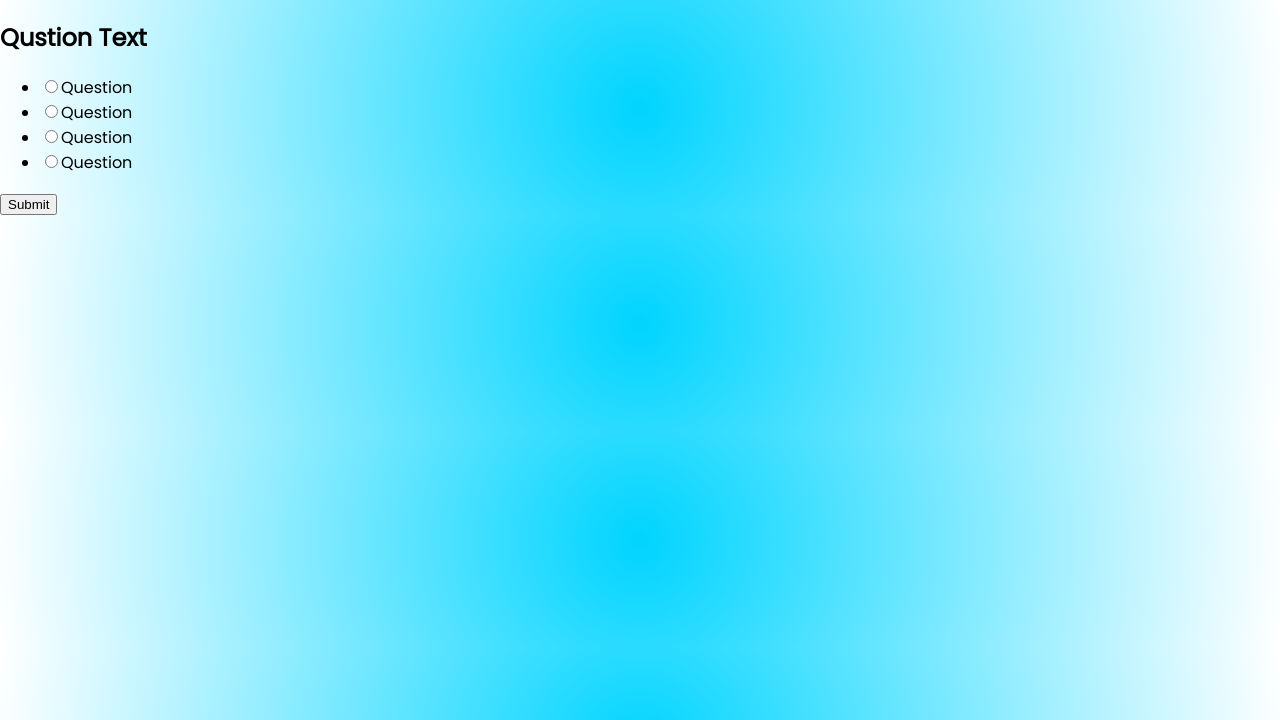
Repository: Abhi2359/Intermediate-projects
Page: Quiz App/index.html
The author's editor kept a copy of each file at every save. The page is drawn from the files as they stood at one save, then again after the next save.
The browser window is 1280 px wide. The pictures show the whole page.

Above is the page before, as saved 2023-01-31 13:52:16.

### Quiz App/index.html
<!DOCTYPE html>
<html lang="en">
  <head>
    <meta charset="UTF-8" />
    <meta http-equiv="X-UA-Compatible" content="IE=edge" />
    <meta name="viewport" content="width=device-width, initial-scale=1.0" />
    <title>Quiz App</title>
    <link rel="stylesheet" href="style.css">
  </head>
  <body>
    <div class="quiz-container">
      <h2>Qustion Text</h2>
      <ul>
        <li>
          <input type="radio" name="answer" id="a" /><label for="a"
            >Question</label
          >
        </li>
        <li>
          <input type="radio" name="answer" id="b" /><label for="b"
            >Question</label
          >
        </li>
        <li>
          <input type="radio" name="answer" id="c" /><label for="c"
            >Question</label
          >
        </li>
        <li>
          <input type="radio" name="answer" id="d" /><label for="d"
            >Question</label
          >
        </li>
      </ul>
      <button>Submit</button>
    </div>
  </body>
</html>

### Quiz App/style.css
@import url("https://fonts.googleapis.com/css2?family=Poppins&family=Roboto:wght@300;500;700;900&display=swap");

* {
  box-sizing: border-box;
}

body {
  font-family: "Poppins", sans-serif;
  margin: 0;
  background: rgb(27,19,164);
  background: radial-gradient(circle, rgba(27,19,164,1) 0%, rgba(0,212,255,1) 0%, rgba(255,255,255,1) 100%);
}

After the next save:
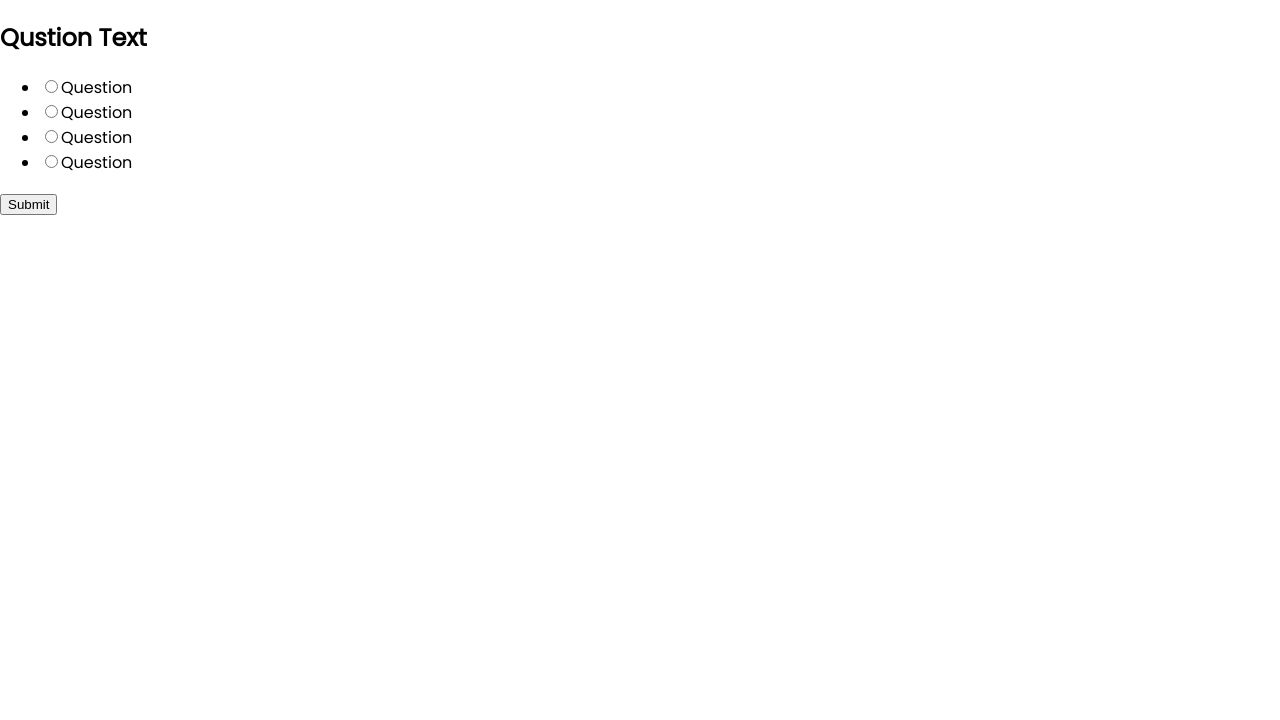
Saved 32 s later.
--- a/Quiz App/style.css
+++ b/Quiz App/style.css
@@ -7,6 +7,5 @@
 body {
   font-family: "Poppins", sans-serif;
   margin: 0;
-  background: rgb(27,19,164);
-  background: radial-gradient(circle, rgba(27,19,164,1) 0%, rgba(0,212,255,1) 0%, rgba(255,255,255,1) 100%);
+
 }
